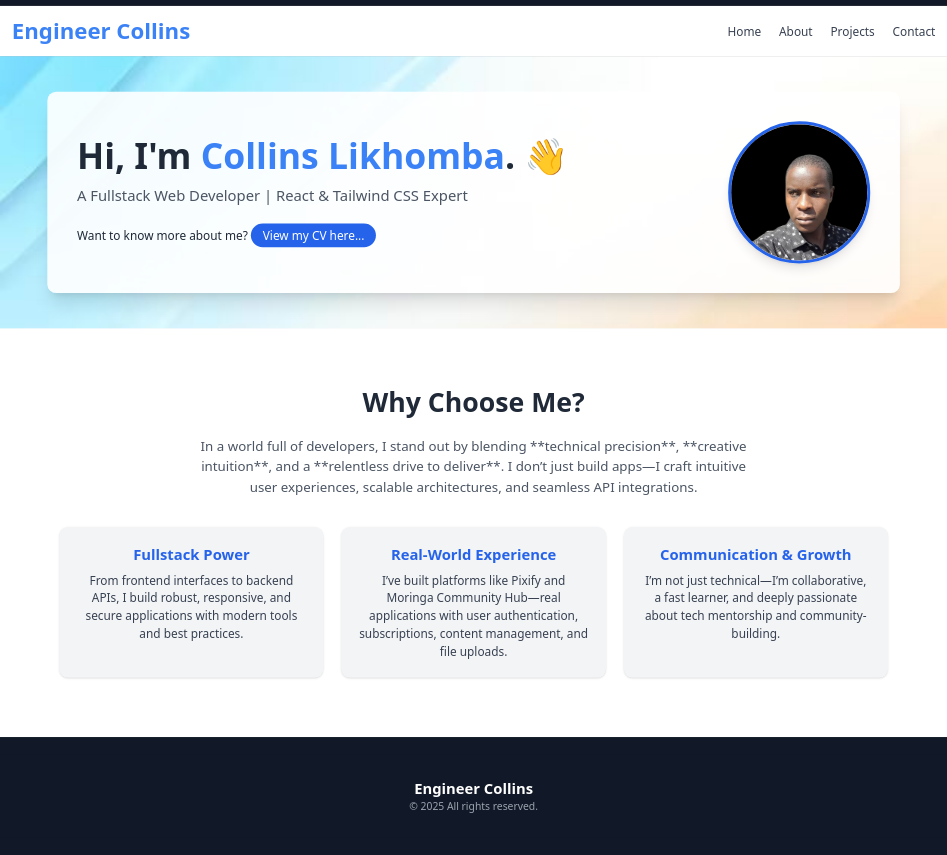
Repository: Engineer-collo/Portfolio
Page: /
An editor plug-in stored every save of this project. The page is shown before and after a run of saves, followed by the edit.
The browser window is 1280 px wide. The pictures show the whole page, at 74% of full size.
The project was rebuilt for these pictures with package versions that can differ from the ones it lists, and the page was loaded fresh each time. Also part of the build but not shown: vite.config.js, src/pages/About.jsx, src/pages/Projects.jsx, src/pages/Contact.jsx, src/pages/Blog.jsx, src/pages/Skills.jsx.

Above is the page before, as saved 2025-06-08 20:27:36.

### index.html
<!DOCTYPE html>
<html lang="en">
<head>
  <meta charset="UTF-8">
  <meta name="viewport" content="width=device-width, initial-scale=1.0">
  <title>Portfolio</title>
</head>
<body class="bg-gray-100">
  <div id="root"></div>
  <script type="module" src="/src/main.jsx"></script>
</body>
</html>

### src/main.jsx
import React from 'react'
import ReactDOM from 'react-dom/client'
import './index.css'
import App from './App'

ReactDOM.createRoot(document.getElementById('root')).render(
  <React.StrictMode>
    <App />
  </React.StrictMode>,
)

### src/App.jsx
import { BrowserRouter as Router, Route, Routes } from "react-router-dom";
import HomePage from "./pages/HomePage";
import About from "./pages/About";
import Project from "./pages/Projects";
import Contact from "./pages/Contact";
import Blog from "./pages/Blog";
import Skills from "./pages/Skills";

function App() {
  return (
    <Router>

      <Routes>
        <Route path="/" element={<HomePage />} />
        <Route path="/about" element={<About />} />
        <Route path="/projects" element={<Project />} />
        <Route path="/contact" element={<Contact />} />
        <Route path="/skills" element={<Skills />} />
        <Route path="/blog" element={<Blog />} />


      </Routes>
    </Router>
  );
}

export default App;

### src/pages/HomePage.jsx
import React from 'react';
import Navbar from '../components/Navbar';
import Footer from './Footer';
import TechStackToolbox from './TechStackToolbox'

const skills = [
  {
    name: "JavaScript",
    icon: "https://cdn.jsdelivr.net/gh/devicons/devicon/icons/javascript/javascript-original.svg",
  },
  {
    name: "Python",
    icon: "https://cdn.jsdelivr.net/gh/devicons/devicon/icons/python/python-original.svg",
  },
  {
    name: "Flask",
    icon: "https://cdn.jsdelivr.net/gh/devicons/devicon/icons/flask/flask-original.svg",
  },
  {
    name: "Django",
    icon: "https://cdn.jsdelivr.net/gh/devicons/devicon/icons/django/django-plain.svg",
  },
  {
    name: "React",
    icon: "https://cdn.jsdelivr.net/gh/devicons/devicon/icons/react/react-original.svg",
  },
  {
    name: "Tailwind CSS",
    icon: "https://i.pinimg.com/736x/11/a7/b5/11a7b5fb70c24e5632f2baccce14603c.jpg",
  },
  {
    name: "PostgreSQL",
    icon: "https://cdn.jsdelivr.net/gh/devicons/devicon/icons/postgresql/postgresql-original.svg",
  },
  {
    name: "SQLite",
    icon: "https://cdn.jsdelivr.net/gh/devicons/devicon/icons/sqlite/sqlite-original.svg",
  },
];

const HomePage = () => {
  return (
    <div className="text-gray-800 font-sans min-h-screen flex flex-col">
      {/* Navbar */}
      <header className="bg-gray-900 text-white shadow">
        <Navbar />
      </header>

      {/* Hero Section */}
      <section
        className="pt-12 pb-12 flex-grow flex justify-center items-center px-4
                   bg-[url('/bg.png')] bg-cover bg-center bg-no-repeat"
      >
        <div className="flex flex-col md:flex-row items-center
                        text-center md:text-left gap-10
                        bg-white bg-opacity-90 p-6 md:p-10 rounded-xl shadow-xl
                        max-w-6xl w-full">
          {/* Text Side */}
          <div className="flex-1">
            <h2 className="text-4xl sm:text-5xl font-bold mb-4">
              Hi, I'm <span className="text-blue-500">Collins Likhomba</span>. 👋
            </h2>
            <p className="text-lg sm:text-xl text-gray-600 mb-6">
              A Fullstack Web Developer | React & Tailwind CSS Expert
            </p>
            <p>
              Want to know more about me?&nbsp;
              <a
                href="https://my-cv-henna-beta.vercel.app/"
                className="inline-block bg-blue-600 text-white px-4 py-1 rounded-full hover:bg-blue-700 transition"
                target="_blank"
                rel="noopener noreferrer"
              >
                View my CV here...
              </a>
            </p>
          </div>

          {/* Image Side */}
          <div className="flex-shrink-0 w-36 h-36 sm:w-48 sm:h-48 rounded-full border-4 border-blue-600 shadow-lg overflow-hidden">
            <img
              src="/picture.png"
              alt="Profile"
              className="w-full h-full object-cover"
            />
          </div>
        </div>
      </section>



      {/* Why Choose Me Section */}
      <section className="bg-white py-20 px-6 md:px-20 text-center">
        <h2 className="text-4xl font-bold text-gray-800 mb-6">Why Choose Me?</h2>
        <p className="max-w-3xl mx-auto text-gray-600 text-lg mb-10">
          In a world full of developers, I stand out by blending **technical precision**,
          **creative intuition**, and a **relentless drive to deliver**. I don’t just build apps—I craft
          intuitive user experiences, scalable architectures, and seamless API integrations.
        </p>
        <div className="grid md:grid-cols-3 gap-6 max-w-6xl mx-auto">
          <div className="bg-gray-100 p-6 rounded-xl shadow hover:shadow-lg transition">
            <h3 className="text-xl font-semibold mb-2 text-blue-600">Fullstack Power</h3>
            <p className="text-gray-700">
              From frontend interfaces to backend APIs, I build robust, responsive, and secure applications
              with modern tools and best practices.
            </p>
          </div>
          <div className="bg-gray-100 p-6 rounded-xl shadow hover:shadow-lg transition">
            <h3 className="text-xl font-semibold mb-2 text-blue-600">Real-World Experience</h3>
            <p className="text-gray-700">
              I’ve built platforms like Pixify and Moringa Community Hub—real applications with user authentication,
              subscriptions, content management, and file uploads.
            </p>
          </div>
          <div className="bg-gray-100 p-6 rounded-xl shadow hover:shadow-lg transition">
            <h3 className="text-xl font-semibold mb-2 text-blue-600">Communication & Growth</h3>
            <p className="text-gray-700">
              I’m not just technical—I’m collaborative, a fast learner, and deeply passionate about tech mentorship
              and community-building.
            </p>
          </div>
        </div>
      </section>

      {/* Footer */}
      <footer className="bg-gray-900 text-white text-center py-6 mt-auto">
        <Footer />
      </footer>
    </div>
  );
};

export default HomePage;

### src/components/Navbar.jsx
import React, { useState } from 'react';
import { Link } from 'react-router-dom';

const Navbar = () => {
  const [isOpen, setIsOpen] = useState(false);

  const toggleMenu = () => setIsOpen(!isOpen);

  return (
    <header className=" mt-2 bg-white shadow-md">
      <div className="max-w-7xl mx-auto px-4 py-4 flex justify-between items-center">
        <h1 className="text-3xl font-bold text-gray-800">        <Link to="/" className="hover:text-blue-500 text-gray-700 transition"><span className='text-blue-500'>Engineer Collins</span></Link>
        </h1>

        {/* Desktop nav */}
        <nav className="space-x-6 hidden md:flex">
        <Link to="/" className="hover:text-blue-500 text-gray-700 transition">Home</Link>
          <Link to="/about" className="hover:text-blue-500 text-gray-700 transition">About</Link>
          <Link to="/projects" className="hover:text-blue-500 text-gray-700 transition">Projects</Link>
          <Link to="/contact" className="hover:text-blue-500 text-gray-700 transition">Contact</Link>
        </nav>

        {/* Mobile menu toggle */}
        <div className="md:hidden">
          <button onClick={toggleMenu} className="text-gray-700 focus:outline-none">
            <svg className="h-6 w-6" fill="none" stroke="currentColor" strokeWidth="2" viewBox="0 0 24 24">
              <path strokeLinecap="round" strokeLinejoin="round" d={isOpen ? 'M6 18L18 6M6 6l12 12' : 'M4 6h16M4 12h16M4 18h16'} />
            </svg>
          </button>
        </div>
      </div>

      {/* Mobile nav links */}
      {isOpen && (
        <nav className="md:hidden px-4 pb-4 space-y-2">
          <Link to="/about" className="block text-gray-700 hover:text-blue-500">About</Link>
          <Link to="/projects" className="block text-gray-700 hover:text-blue-500">Projects</Link>
          <Link to="/contact" className="block text-gray-700 hover:text-blue-500">Contact</Link>
        </nav>
      )}
    </header>
  );
};

export default Navbar;

### src/pages/Footer.jsx
import React from 'react';

const Footer = () => {
  return (
    <footer className="bg-gray-900 text-white py-8">
      <div className="max-w-7xl mx-auto px-4 flex flex-col items-center text-center">
        <h2 className="text-xl font-semibold">Engineer Collins</h2>
        <p className="text-sm text-gray-400">© {new Date().getFullYear()} All rights reserved.</p>
      </div>
    </footer>
  );
};

export default Footer;

### src/pages/TechStackToolbox.jsx
import {
    FaPython,
    FaJs,
    FaReact,
    FaGitAlt,
    FaGithub,
    FaDatabase,
    FaUserCog,
  } from "react-icons/fa";
  import {
    SiDjango,
    SiPostgresql,
    SiVisualstudiocode,
    SiMysql,
  } from "react-icons/si";

  export default function TechStackToolbox() {
    return (
      <div className="bg-gray-950 text-white py-10 px-6 md:px-16">
        <h2 className="text-3xl md:text-4xl font-bold mb-6 text-center text-teal-400">
          🧰 Explore My Tech Stack Toolbox
        </h2>
        <p className="text-center mb-10 text-gray-300 max-w-2xl mx-auto">
          A curated collection of tools, languages, and platforms I use to design, develop, and deliver.
        </p>

        <div className="grid grid-cols-1 md:grid-cols-2 lg:grid-cols-3 gap-8 text-center">

          {/* Languages & Frameworks */}
          <div className="bg-gray-800 rounded-2xl p-6 shadow-lg hover:shadow-teal-500/30 transition">
            <h3 className="text-xl font-semibold mb-4 text-teal-300">Languages & Frameworks</h3>
            <div className="flex justify-center gap-6 text-4xl text-teal-200">
              <FaPython title="Python" />
              <FaJs title="JavaScript" />
              <FaReact title="React" />
              <SiDjango title="Django" />
            </div>
          </div>

          {/* Databases */}
          <div className="bg-gray-800 rounded-2xl p-6 shadow-lg hover:shadow-blue-500/30 transition">
            <h3 className="text-xl font-semibold mb-4 text-blue-300">Databases</h3>
            <div className="flex justify-center gap-6 text-4xl text-blue-200">
              <SiPostgresql title="PostgreSQL" />
              <SiMysql title="MySQL" />
              <FaDatabase title="General DB Knowledge" />
            </div>
          </div>

          {/* Version Control */}
          <div className="bg-gray-800 rounded-2xl p-6 shadow-lg hover:shadow-purple-500/30 transition">
            <h3 className="text-xl font-semibold mb-4 text-purple-300">Version Control</h3>
            <div className="flex justify-center gap-6 text-4xl text-purple-200">
              <FaGitAlt title="Git" />
              <FaGithub title="GitHub" />
            </div>
          </div>

          {/* Development Tools */}
          <div className="bg-gray-800 rounded-2xl p-6 shadow-lg hover:shadow-yellow-500/30 transition">
            <h3 className="text-xl font-semibold mb-4 text-yellow-300">Development Tools</h3>
            <div className="flex justify-center gap-6 text-4xl text-yellow-200">
              <SiVisualstudiocode title="VS Code" />
            </div>
          </div>

          {/* Bonus Tool */}
          <div className="bg-gray-800 rounded-2xl p-6 shadow-lg hover:shadow-pink-500/30 transition">
            <h3 className="text-xl font-semibold mb-4 text-pink-300">Bonus Tool</h3>
            <div className="flex justify-center gap-6 text-4xl text-pink-200">
              <FaUserCog title="Myself" />
            </div>
          </div>

        </div>
      </div>
    );
  }

Loaded but not shown: src/index.css (common file); tailwind.config.js (common file)

After the next 4 saves:
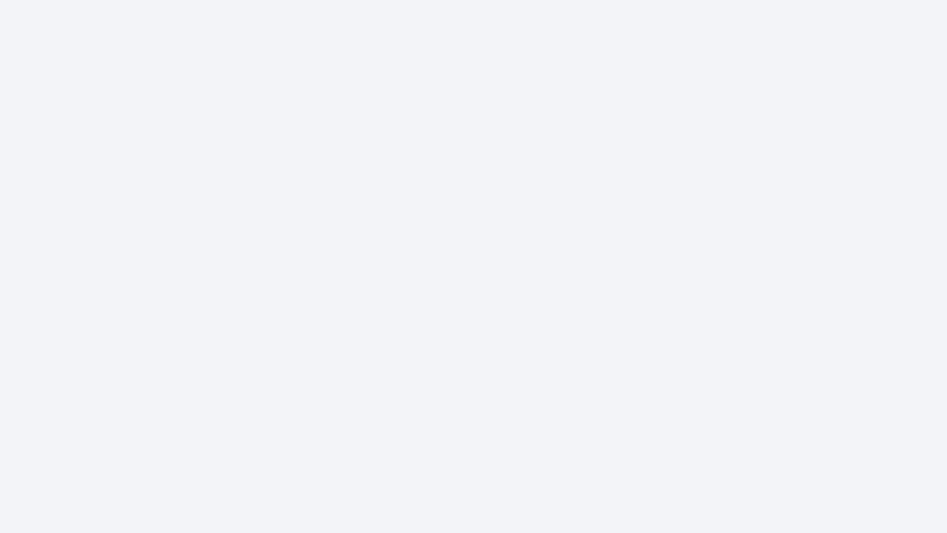
Console error (its wording comes from the project's code and is left out).
The 4 saves are shown as one change because 1 did not build or start and some came seconds apart.
The last was saved 12 s later.
--- a/src/pages/HomePage.jsx
+++ b/src/pages/HomePage.jsx
@@ -87,7 +87,7 @@ const HomePage = () => {
         </div>
       </section>
 
-
+        <TechStackToolbox/>
 
       {/* Why Choose Me Section */}
       <section className="bg-white py-20 px-6 md:px-20 text-center">

After the 6 saves that followed:
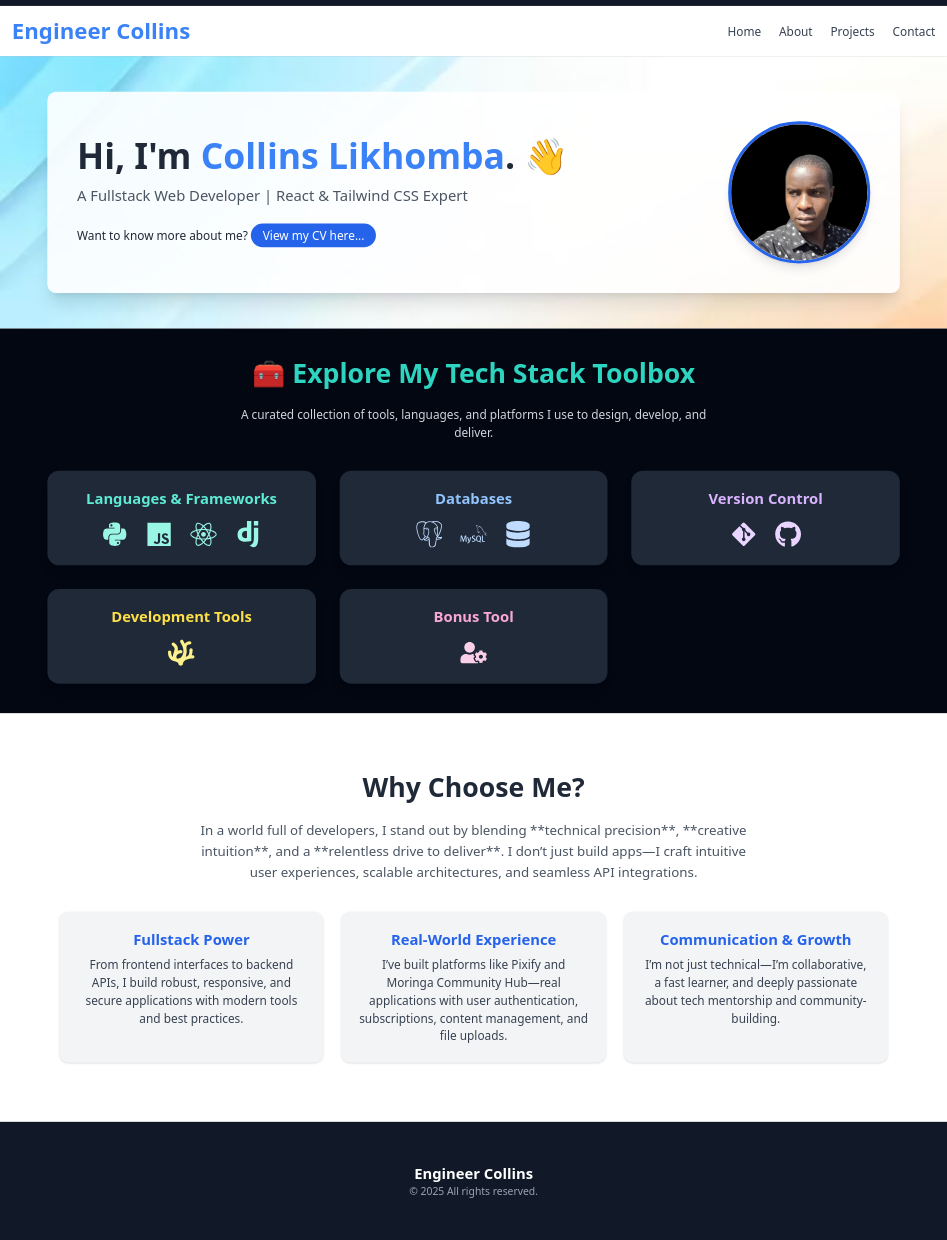
The error is gone.
The 6 saves are shown as one change because 1 left the picture as it was and some came seconds apart.
The last was saved 2 min 37 s later.
--- a/src/pages/TechStackToolbox.jsx
+++ b/src/pages/TechStackToolbox.jsx
@@ -10,7 +10,7 @@ import {
   import {
     SiDjango,
     SiPostgresql,
-    SiVisualstudiocode,
+    SiVscodium,
     SiMysql,
   } from "react-icons/si";
 
@@ -60,7 +60,7 @@ import {
           <div className="bg-gray-800 rounded-2xl p-6 shadow-lg hover:shadow-yellow-500/30 transition">
             <h3 className="text-xl font-semibold mb-4 text-yellow-300">Development Tools</h3>
             <div className="flex justify-center gap-6 text-4xl text-yellow-200">
-              <SiVisualstudiocode title="VS Code" />
+              <SiVscodium title="VS Code" />
             </div>
           </div>
 
